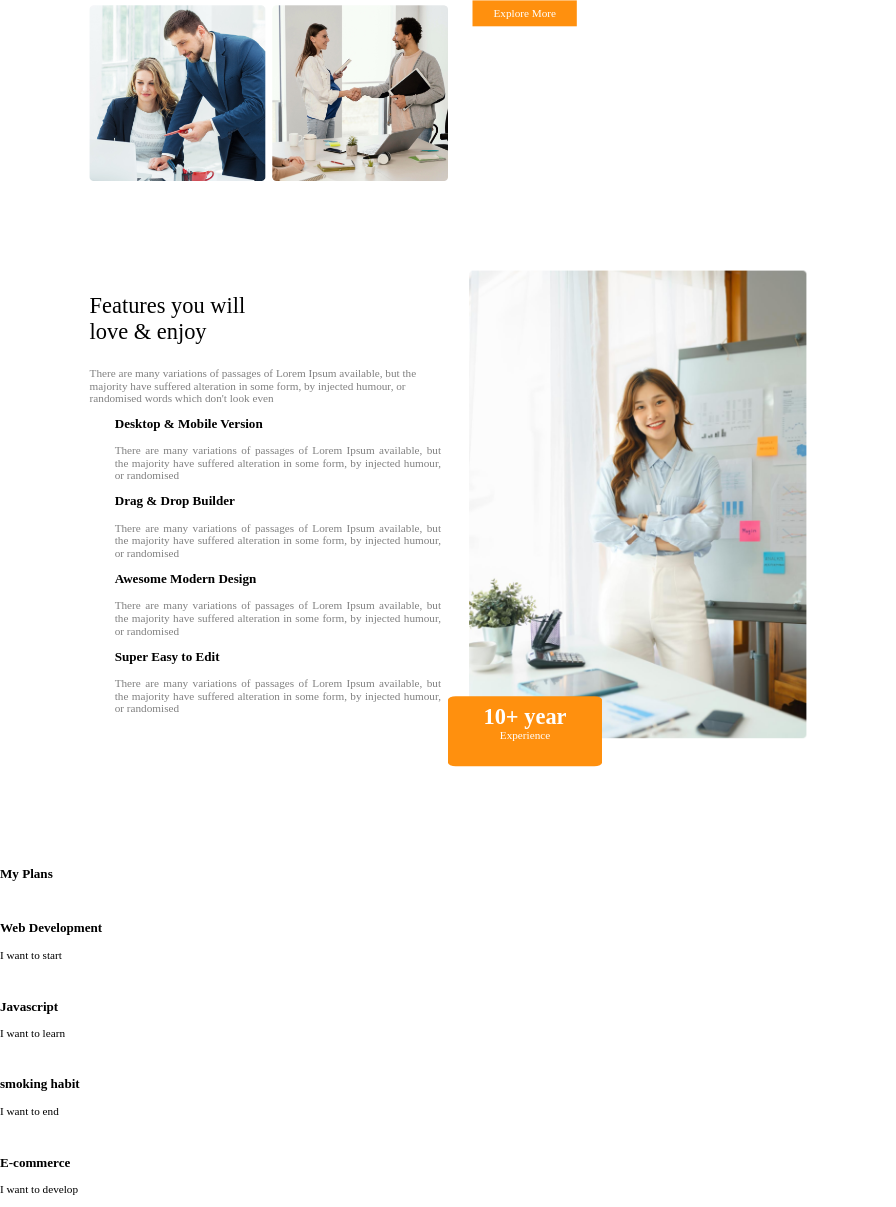
Repository: sadiaafsana138/Architect
Page: index.html
An editor plug-in stored every save of this project. The page is shown before and after the next save, followed by the edit.
The browser window is 1280 px wide. The pictures show the part of the page from y = 1331 to 3251 px (the page is 3055 px tall before and 3251 px after), at 70% of full size.

Above is the page before, as saved 2023-01-16 17:45:23.
Not found: images/icons/ecom.png
Not found: images/icons/js.png
Not found: images/icons/smoke.png

After the next save:
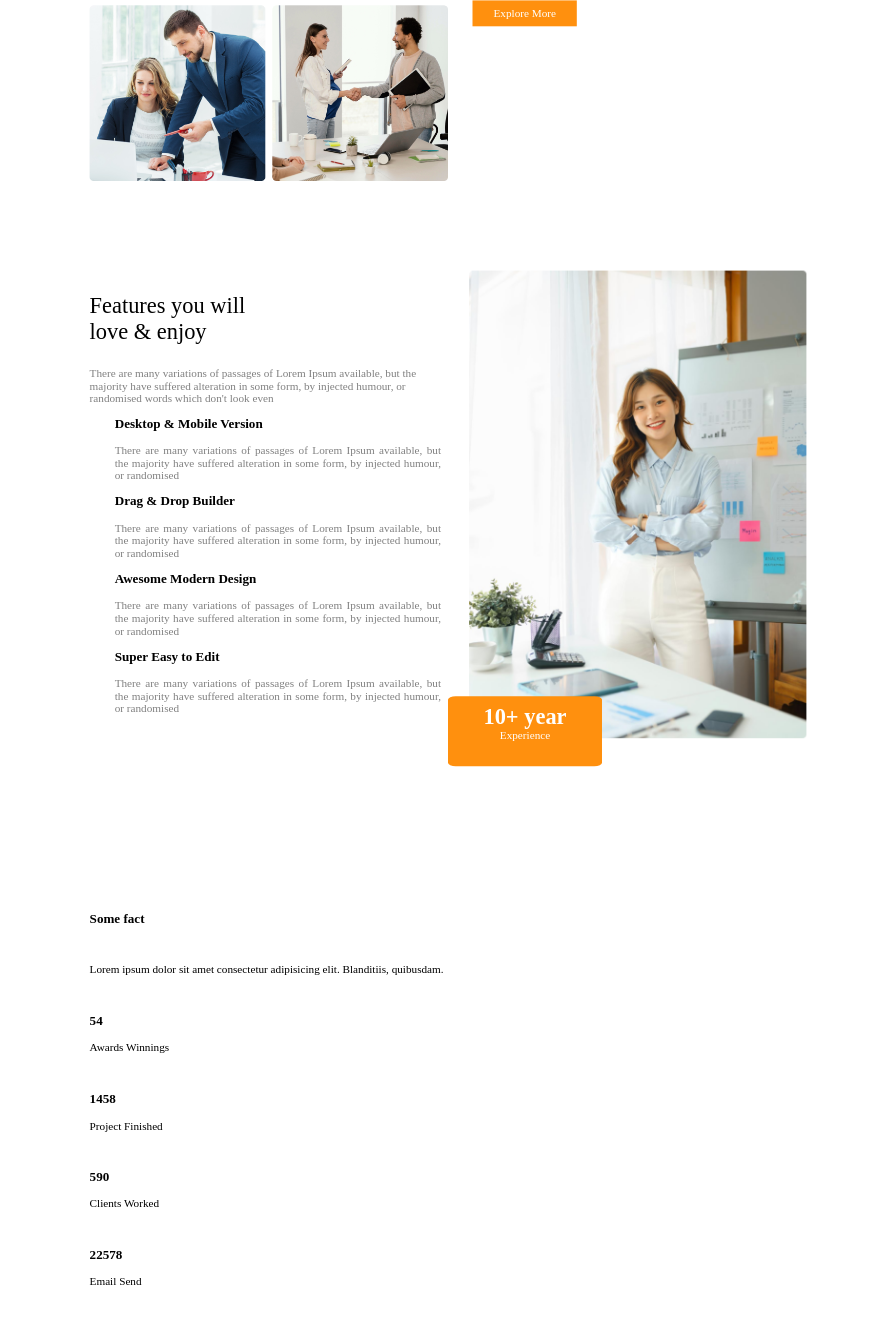
Saved 7 min 47 s later.
--- a/index.html
+++ b/index.html
@@ -115,35 +115,40 @@
     </div>
   </section>
   <!--section-4 Some Facts-->
-  <section class="section3">
-    <h3>
-        My Plans
-    </h3>
-    <div id="sec3details">
+  <section class="section-2">
+    <div>
+      <h3>
+        Some fact
+      </h3><br>
+      <p classs="sp1">Lorem ipsum dolor sit amet consectetur adipisicing elit. Blanditiis, quibusdam.
+
+      </p>
+
+      <div id="sec4items">
 
         <div>
-            <img class="img3" src="images/icons/web.png" alt=""><br>
-            <H3>Web Development</H3>
-            <p class="text3">I want to start</p>
+          <img class="img3" src="images/icons/web.png" alt=""><br>
+          <H3>54</H3>
+          <p class="text3">Awards Winnings</p>
         </div>
         <div>
-            <img class="img3" src="images/icons/js.png" alt=""><br>
-            <H3>Javascript</H3>
-            <p class="text3">I want to learn</p>
+          <img class="img3" src="images/icons/js.png" alt=""><br>
+          <H3>1458</H3>
+          <p class="text3">Project Finished</p>
         </div>
         <div>
-            <img class="img3" src="images/icons/smoke.png" alt=""><br>
-            <H3>smoking habit</H3>
-            <p class="text3">I want to end</p>
+          <img class="img3" src="images/icons/smoke.png" alt=""><br>
+          <H3>590</H3>
+          <p class="text3">Clients Worked</p>
         </div>
         <div>
-            <img class="img3" src="images/icons/ecom.png" alt=""><br>
-            <H3>E-commerce</H3>
-            <p class="text3">I want to develop</p>
+          <img class="img3" src="images/icons/ecom.png" alt=""><br>
+          <H3>22578</H3>
+          <p class="text3">Email Send</p>
         </div>
+      </div>
     </div>
-
-</section>
+  </section>
 </body>
 
 </html>
